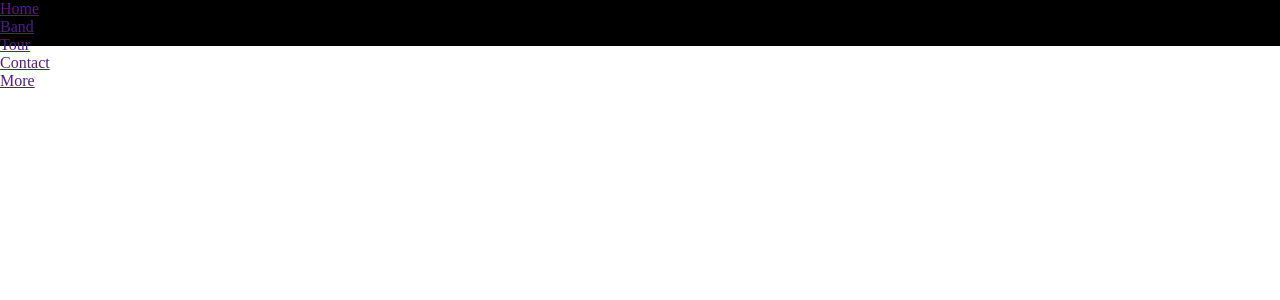
Repository: TranPhucThinh/clone-the-band
Page: index.html
These files come from the project's save history. The page is drawn as it stood at one moment and after the next save; the edit follows.
The browser window is 1280 px wide. The pictures show the whole page.

Above is the page before, as saved 2022-08-03 21:36:19.

After the next save:
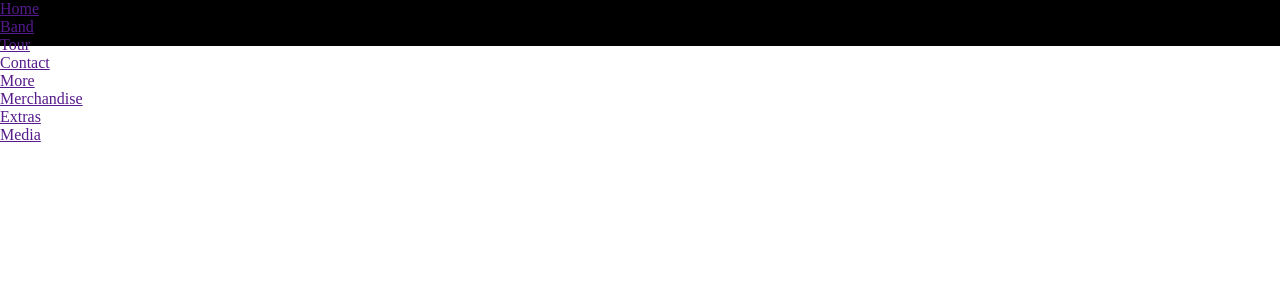
Saved 90 s later.
--- a/index.html
+++ b/index.html
@@ -20,7 +20,14 @@
                 <li><a href="">Band</a></li>
                 <li><a href="">Tour</a></li>
                 <li><a href="">Contact</a></li>
-                <li><a href="">More</a></li>
+                <li>
+                    <a href="">More</a>
+                    <ul class="subnav">
+                        <li><a href="">Merchandise</a></li>
+                        <li><a href="">Extras</a></li>
+                        <li><a href="">Media</a></li>
+                    </ul>
+                </li>
             </ul>
         </div>
 
